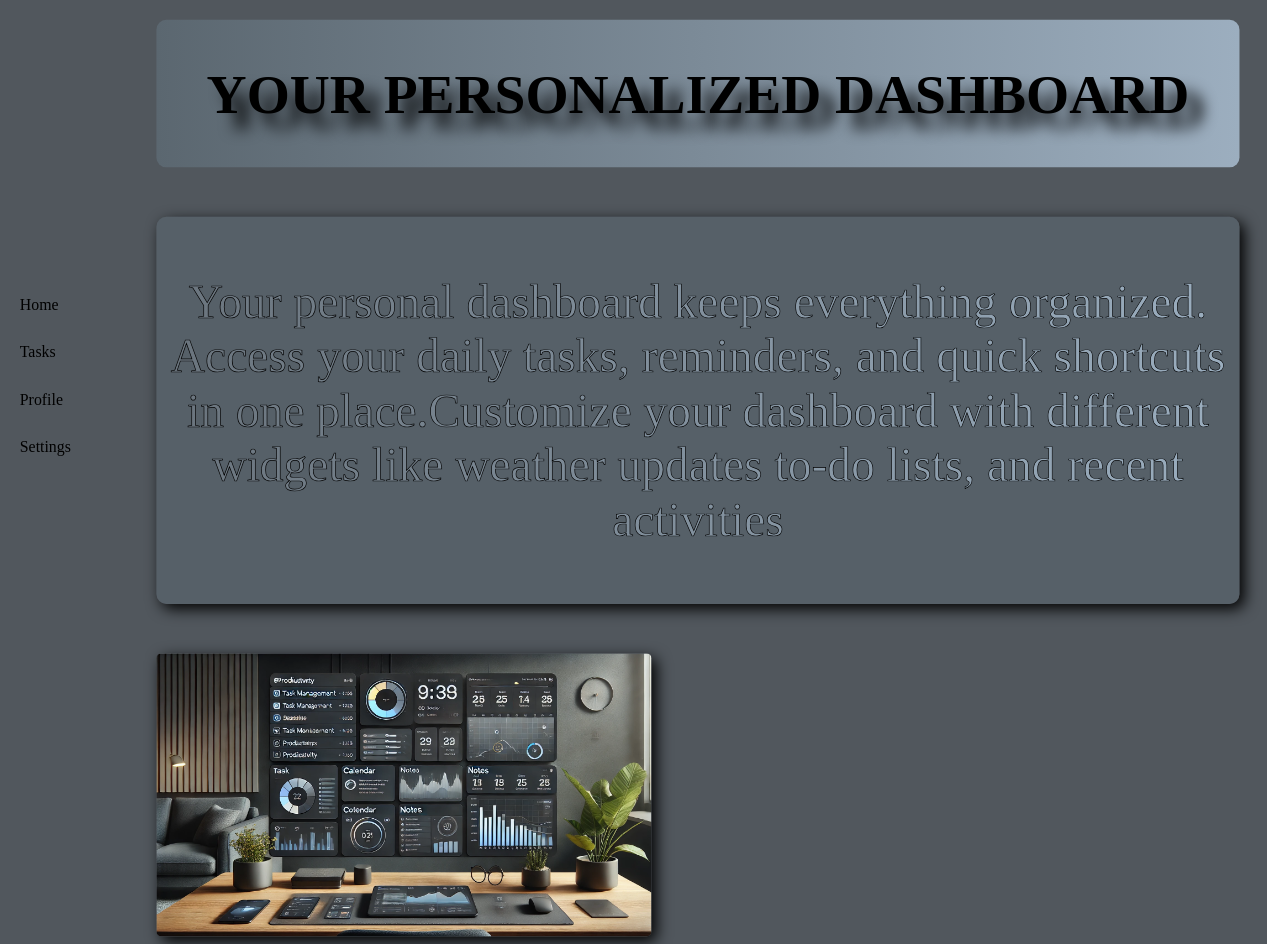
Repository: Parnicoza/testecomplete
Page: testcomplet-14.html
An editor plug-in stored every save of this project. The page is shown before and after the next save, followed by the edit.
The browser window is 1280 px wide. The pictures show the whole page, at 99% of full size.

Above is the page before, as saved 2025-02-26 18:20:51.

After the next save:
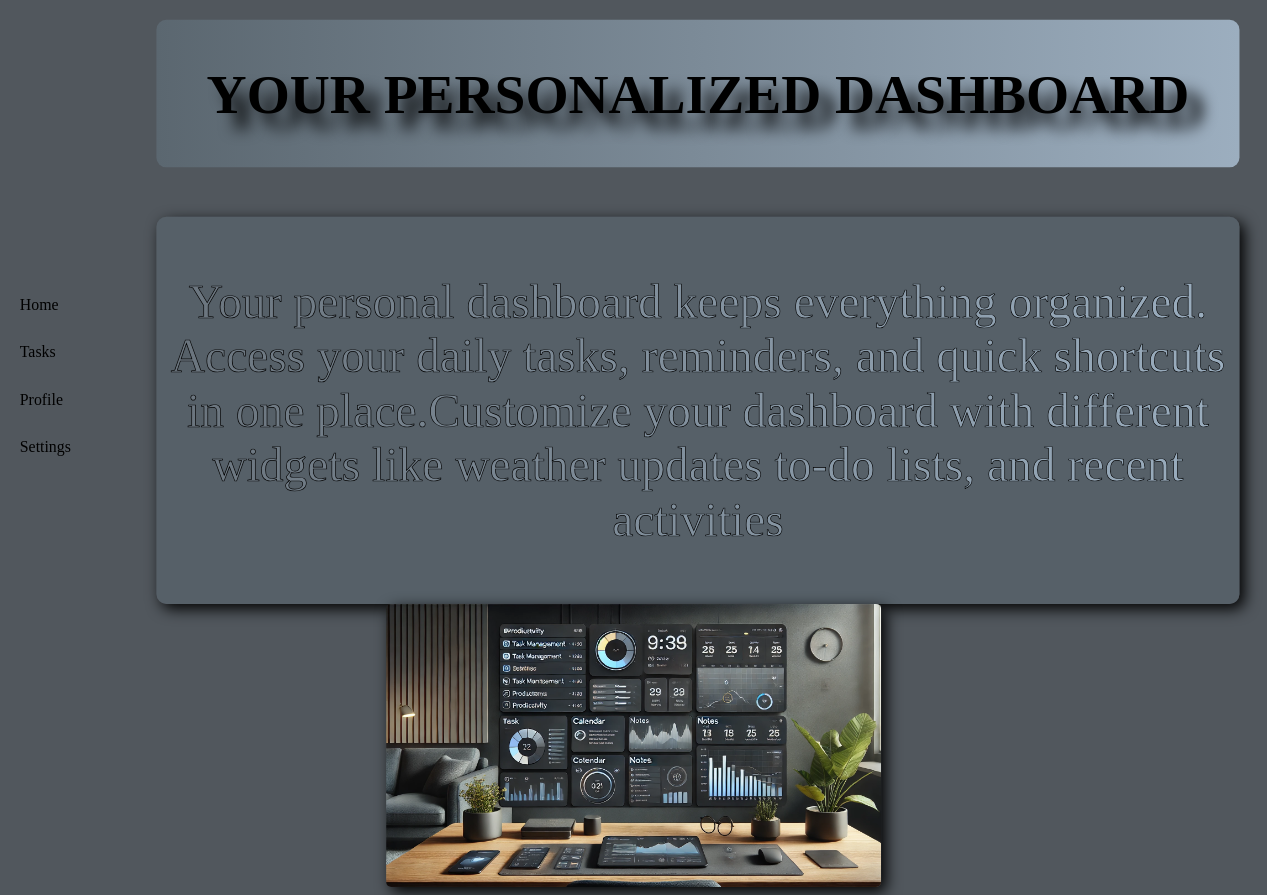
Saved 2 min 26 s later.
--- a/stilizaretestcomplet-14.css
+++ b/stilizaretestcomplet-14.css
@@ -58,8 +58,6 @@ body{
     box-shadow: 5px 5px 15px black;
     display: block;
     margin: 0 auto;
-    margin-left: 150px;
-    margin-top: 50px;
 }
 
 .picture{
@@ -93,3 +91,10 @@ body{
 .container{
     margin-left: 150px;
 }
+
+.divimage{
+    display: block;
+    margin-left: 150px;
+    margin-top: 50px;
+
+}
